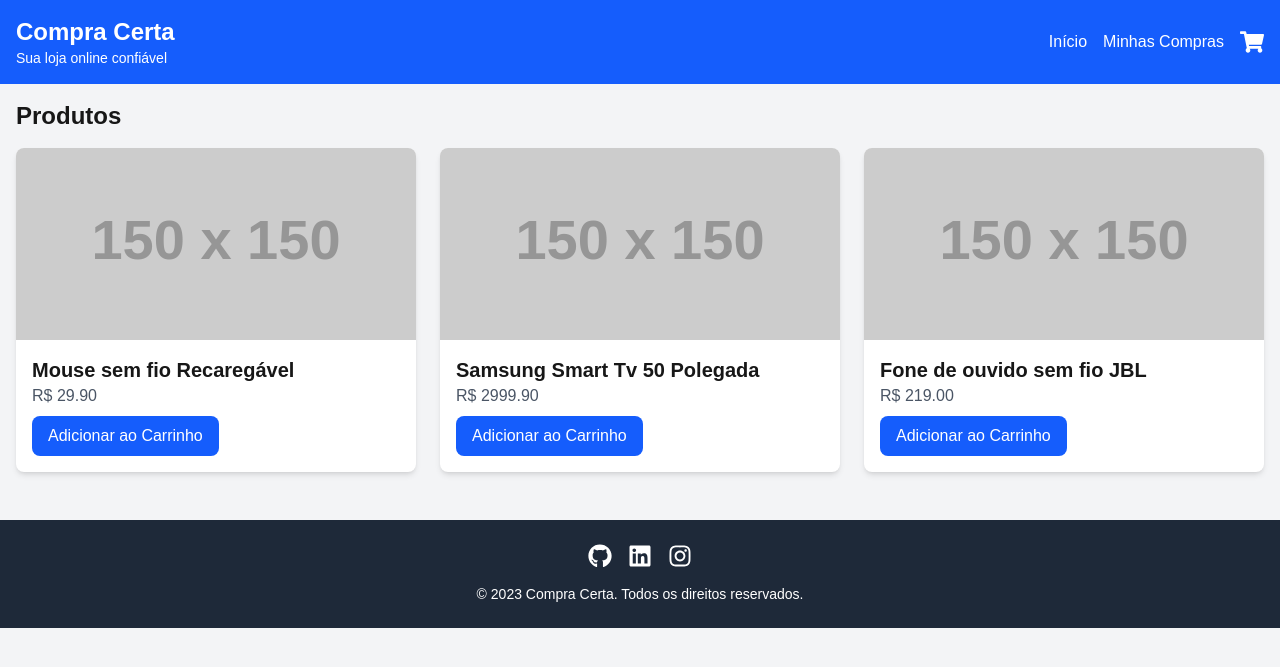
Repository: kcsdesenvolvedor/compra-certa
Page: / (app in front-end/)
The author's editor kept a copy of each file at every save. The page is drawn from the files as they stood at one save, then again after the next save.
The browser window is 1280 px wide. The pictures show the whole page.
The project was rebuilt for these pictures with package versions that can differ from the ones it lists, and the page was loaded fresh each time. The framework's server and built-in components were replaced by stand-ins that run in the browser. Requests to the local data server were answered from the project's data file. Also part of the build but not shown: front-end/next.config.ts.

Above is the page before, as saved 2025-03-10 17:17:19.

After the next save:
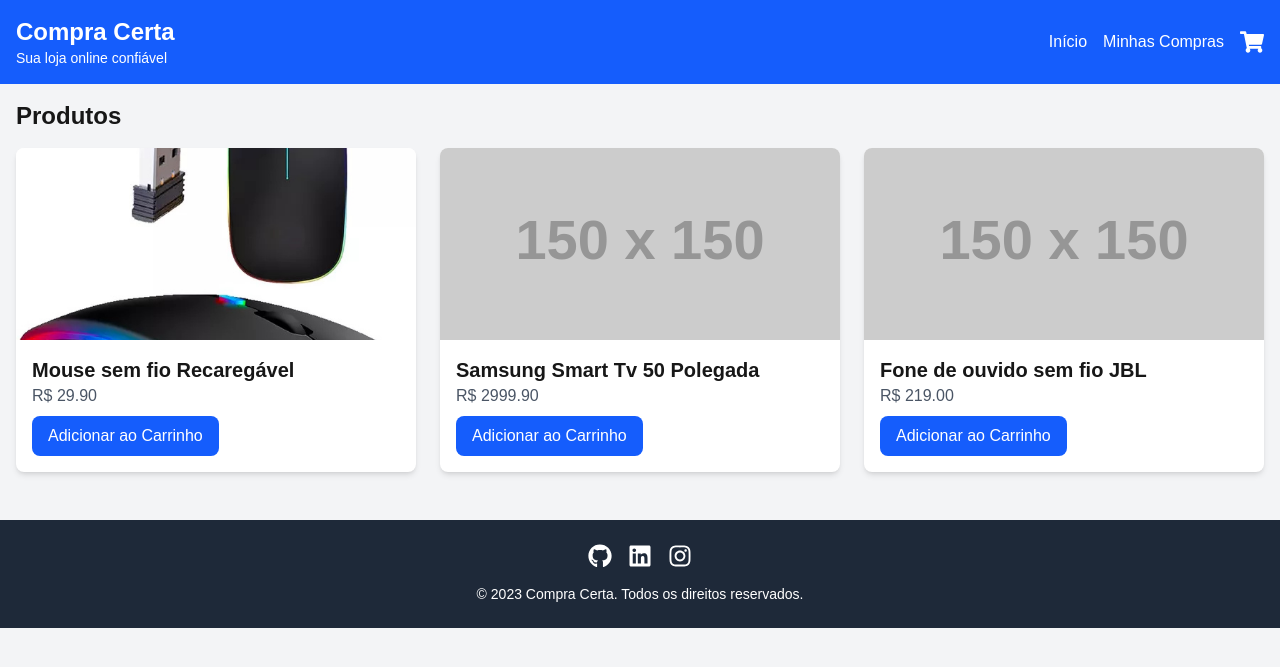
Saved 26 h 4 min later.
--- a/front-end/src/backend/db.json
+++ b/front-end/src/backend/db.json
@@ -3,7 +3,7 @@
         {
             "id": 1,
             "name": "Mouse sem fio Recaregável",
-            "image": "https://via.placeholder.com/150",
+            "image": "mouse.png",
             "description": "O novo mouse sem fio, recarregável, com design luminoso e sofisticado, conta com clique silencioso, design anatômico, confortável e bateria interna recarregável via cabo USB.",
             "price": 29.90
         },
